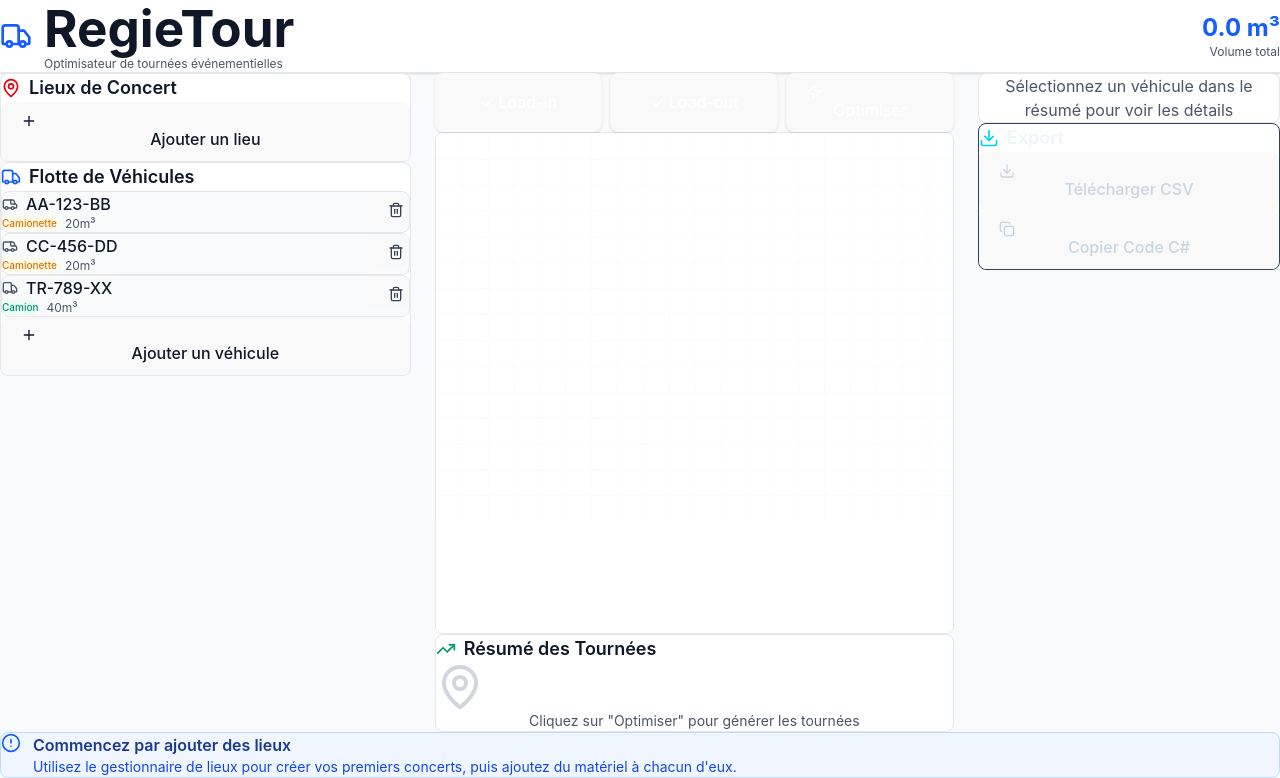
Repository: MaqlachMehdi/logipro
Page: /
An editor plug-in stored every save of this project. The page is shown before and after the next save, followed by the edit.
The browser window is 1280 px wide. The pictures show the whole page.
The project was rebuilt for these pictures with package versions that can differ from the ones it lists, and the page was loaded fresh each time. Also part of the build but not shown: vite.config.ts, src/components/ui/input.tsx, src/components/ui/label.tsx, src/components/VolumeEstimator.tsx, src/components/GearManager.tsx, src/components/ExportDatabase.tsx.

Above is the page before, as saved 2026-02-08 20:03:09.

### index.html
<!doctype html>
<html lang="en">
  <head>
    <meta charset="UTF-8" />
    <link rel="icon" type="image/svg+xml" href="/vite.svg" />
    <meta name="viewport" content="width=device-width, initial-scale=1.0" />
    <title>logipro</title>
  </head>
  <body>
    <div id="root"></div>
    <script type="module" src="/src/main.tsx"></script>
  </body>
</html>

### src/index.css
@import "tailwindcss";

* {
  margin: 0;
  padding: 0;
  box-sizing: border-box;
}

html {
  scroll-behavior: smooth;
}

body {
  background-color: #f8f9fa;
  color: #1a1a1a;
  font-family: -apple-system, BlinkMacSystemFont, 'Segoe UI', Roboto, 'Helvetica Neue', Arial, sans-serif;
  -webkit-font-smoothing: antialiased;
  -moz-osx-font-smoothing: grayscale;
}

/* Scrollbar styling */
::-webkit-scrollbar {
  width: 8px;
  height: 8px;
}

::-webkit-scrollbar-track {
  background: #f1f1f1;
}

::-webkit-scrollbar-thumb {
  background: #cbd5e1;
  border-radius: 4px;
}

::-webkit-scrollbar-thumb:hover {
  background: #94a3b8;
}
a:hover {
  color: #535bf2;
}

body {
  margin: 0;
  display: flex;
  place-items: center;
  min-width: 320px;
  min-height: 100vh;
}

h1 {
  font-size: 3.2em;
  line-height: 1.1;
}

button {
  border-radius: 8px;
  border: 1px solid transparent;
  padding: 0.6em 1.2em;
  font-size: 1em;
  font-weight: 500;
  font-family: inherit;
  background-color: #1a1a1a;
  cursor: pointer;
  transition: border-color 0.25s;
}
button:hover {
  border-color: #646cff;
}
button:focus,
button:focus-visible {
  outline: 4px auto -webkit-focus-ring-color;
}

@media (prefers-color-scheme: light) {
  :root {
    color: #213547;
    background-color: #ffffff;
  }
  a:hover {
    color: #747bff;
  }
  button {
    background-color: #f9f9f9;
  }
}

### src/components/index.tsx
export { FleetManager } from './FleetManager';
export { SpotManager } from './SpotManager';
export { VolumeEstimator } from './VolumeEstimator';
export { RouteSummary } from './RouteSummary';
export { MapPlanner } from './MapPlanner';
export { VehicleDetail } from './VehicleDetail';
export { ExportPanel } from './ExportPanel';
export { GearManager } from './GearManager';
export { ExportDatabase } from './ExportDatabase';

### src/utils/vrptw-solver.ts
import type { Vehicle, Spot, Route, Stop } from '../types';
import { GEAR_CATALOG } from './volume-data';


// Parse time string to minutes from midnight
function timeToMinutes(time: string | undefined): number {
  if (!time) return 0;
  const [hours, minutes] = time.split(':').map(Number);
  return hours * 60 + minutes;
}

// Format minutes back to time string
function minutesToTime(minutes: number): string {
  const hours = Math.floor(minutes / 60);
  const mins = minutes % 60;
  return `${hours.toString().padStart(2, '0')}:${mins.toString().padStart(2, '0')}`;
}

// Calculate distance using Haversine formula
function calculateDistance(lat1: number, lon1: number, lat2: number, lon2: number): number {
  const R = 6371; // Earth's radius in km
  const dLat = (lat2 - lat1) * Math.PI / 180;
  const dLon = (lon2 - lon1) * Math.PI / 180;
  const a =
    Math.sin(dLat/2) * Math.sin(dLat/2) +
    Math.cos(lat1 * Math.PI / 180) * Math.cos(lat2 * Math.PI / 180) *
    Math.sin(dLon/2) * Math.sin(dLon/2);
  const c = 2 * Math.atan2(Math.sqrt(a), Math.sqrt(1-a));
  return R * c;
}

interface UnassignedStop {
  spotId: string;
  spot: Spot;
  type: 'load-in' | 'load-out';
  earliest: number;
  latest: number;
  volume: number;
}

export function solveVRPTW(vehicles: Vehicle[], spots: Spot[], showLoadIn: boolean = true, showLoadOut: boolean = true): Route[] {
  const routes: Route[] = [];

  // Create unassigned stops from spots
  const unassignedStops: UnassignedStop[] = [];


  spots.forEach(spot => {
    // Calculate total volume for this spot from gear selections
    const spotVolume = spot.gearSelections.reduce((sum, sel) => {
      const gearItem = GEAR_CATALOG.find((g: any) => g.id === sel.gearId);
      return sum + (gearItem?.volume || 0) * sel.quantity;
    }, 0);

    // Load-in stop
    if (showLoadIn) {
      unassignedStops.push({
        spotId: spot.id,
        spot,
        type: 'load-in',
        earliest: timeToMinutes(spot.openingTime),
        latest: timeToMinutes(spot.concertTime),
        volume: spotVolume,
      });
    }

    // Load-out stop
    if (showLoadOut) {
      unassignedStops.push({
        spotId: spot.id,
        spot,
        type: 'load-out',
        earliest: timeToMinutes(spot.concertTime),
        latest: timeToMinutes(spot.closingTime),
        volume: spotVolume,
      });
    }
  });

  // Sort by earliest time (greedy approach)
  unassignedStops.sort((a, b) => a.earliest - b.earliest);

  // Assign stops to vehicles
  const availableVehicles = [...vehicles];
  const centerLat = 48.8566;
  const centerLon = 2.3522;

  while (unassignedStops.length > 0 && availableVehicles.length > 0) {
    const vehicle = availableVehicles.shift();
    if (!vehicle) break;

    const stops: Stop[] = [];
    let currentVolume = 0;
    let currentTime = 8 * 60; // Start at 8:00 AM
    let totalDistance = 0;

    let lastLat = centerLat;
    let lastLon = centerLon;

    // Try to assign stops to this vehicle
    for (let i = unassignedStops.length - 1; i >= 0; i--) {
      const stop = unassignedStops[i];

      // Check capacity
      if (currentVolume + stop.volume > vehicle.capacity) {
        continue;
      }

      // Calculate travel time (assume 30km/h average speed in city)
      const distance = calculateDistance(lastLat, lastLon, stop.spot.lat, stop.spot.lon);
      const travelTime = (distance / 30) * 60; // minutes
      const arrivalTime = currentTime + travelTime;

      // Check time window
      if (arrivalTime > stop.latest) {
        continue;
      }

      // Assign stop
      const serviceTime = 30; // 30 minutes for loading/unloading
      stops.push({
        venueId: stop.spotId,
        type: stop.type,
        time: minutesToTime(Math.max(arrivalTime, stop.earliest)),
        volume: stop.volume,
      });

      currentVolume += stop.volume;
      currentTime = Math.max(arrivalTime, stop.earliest) + serviceTime;
      totalDistance += distance;
      lastLat = stop.spot.lat;
      lastLon = stop.spot.lon;

      // Remove from unassigned
      unassignedStops.splice(i, 1);
    }

    // Return to depot
    const returnDistance = calculateDistance(lastLat, lastLon, centerLat, centerLon);
    totalDistance += returnDistance;

    if (stops.length > 0) {
      routes.push({
        vehicleId: vehicle.id,
        stops,
        totalDistance: Math.round(totalDistance * 10) / 10,
        totalVolume: Math.round(currentVolume * 10) / 10,
        utilization: Math.round((currentVolume / vehicle.capacity) * 100),
      });
    }
  }

  return routes;
}

### src/components/ui/index.tsx
export { Button } from './button';
export { Input } from './input';
export { Label } from './label';
export { Card, CardContent, CardHeader, CardTitle, CardDescription } from './card';

### src/utils/volume-data.ts
export const GEAR_CATALOG = [
  // Batterie & Percussion
  { id: 'drum-kit', name: 'Drum Kit Complete', category: 'Percussion', volume: 1.2 },
  { id: 'snare', name: 'Caisse Claire', category: 'Percussion', volume: 0.15 },
  { id: 'cymbals', name: 'Cymbales Pack', category: 'Percussion', volume: 0.3 },
  { id: 'percussion-extra', name: 'Percussion Extra', category: 'Percussion', volume: 0.5 },

  // Guitares & Basses
  { id: 'electric-guitar', name: 'Guitare Électrique', category: 'Guitares', volume: 0.1 },
  { id: 'bass-guitar', name: 'Basse', category: 'Guitares', volume: 0.12 },
  { id: 'acoustic-guitar', name: 'Guitare Acoustique', category: 'Guitares', volume: 0.15 },
  { id: 'guitar-amp', name: 'Ampli Guitare', category: 'Guitares', volume: 0.3 },
  { id: 'bass-amp', name: 'Ampli Basse', category: 'Guitares', volume: 0.4 },
  { id: 'pedalboard', name: 'Pedalboard', category: 'Guitares', volume: 0.08 },

  // Claviers
  { id: 'piano', name: 'Piano', category: 'Claviers', volume: 2.5 },
  { id: 'synth', name: 'Synthétiseur', category: 'Claviers', volume: 0.25 },
  { id: 'keyboard-stand', name: 'Stand Clavier', category: 'Claviers', volume: 0.15 },
  { id: 'organ', name: 'Orgue', category: 'Claviers', volume: 1.8 },

  // Sonorisation
  { id: 'pa-speaker', name: 'Enceinte PA', category: 'Sonorisation', volume: 0.4 },
  { id: 'subwoofer', name: 'Caisson de Bas', category: 'Sonorisation', volume: 0.6 },
  { id: 'mixing-console', name: 'Table de Mixage', category: 'Sonorisation', volume: 0.5 },
  { id: 'microphones', name: 'Pack Micros', category: 'Sonorisation', volume: 0.2 },
  { id: 'monitor', name: 'Moniteur Scène', category: 'Sonorisation', volume: 0.15 },

  // Éclairage
  { id: 'moving-head', name: 'Moving Head', category: 'Éclairage', volume: 0.3 },
  { id: 'led-bar', name: 'Barre LED', category: 'Éclairage', volume: 0.4 },
  { id: 'dimmer-rack', name: 'Gradateur', category: 'Éclairage', volume: 0.5 },
  { id: 'truss', name: 'Truss Section', category: 'Éclairage', volume: 0.8 },

  // Scène & Accessoires
  { id: 'flight-case', name: 'Flight Case', category: 'Accessoires', volume: 0.2 },
  { id: 'cable-box', name: 'Câbles Box', category: 'Accessoires', volume: 0.15 },
  { id: 'stand-rack', name: 'Stand Rack', category: 'Accessoires', volume: 0.25 },
  { id: 'backline-riser', name: 'Riser Backline', category: 'Accessoires', volume: 0.6 },
];

### src/components/RouteSummary.tsx
import type { Route, Vehicle } from '../types';
import { Card, CardContent, CardHeader, CardTitle } from './ui';
import { Truck, MapPin, Package, TrendingUp } from 'lucide-react';

interface RouteSummaryProps {
  routes: Route[];
  vehicles: Vehicle[];
  selectedVehicleId: string | null;
  onSelectVehicle: (id: string | null) => void;
}

export function RouteSummary({
  routes,
  vehicles,
  selectedVehicleId,
  onSelectVehicle
}: RouteSummaryProps) {
  const getColorHex = (color: string) => {
    const colorMap: Record<string, string> = {
      'indigo-500': '#6366f1',
      'emerald-500': '#10b981',
      'amber-500': '#f59e0b',
      'rose-500': '#f43f5e',
      'cyan-500': '#06b6d4',
      'violet-500': '#8b5cf6',
      'orange-500': '#f97316',
      'teal-500': '#14b8a6',
    };
    return colorMap[color] || '#64748b';
  };

  const totalDistance = routes.reduce((sum, r) => sum + r.totalDistance, 0);
  const totalVolume = routes.reduce((sum, r) => sum + r.totalVolume, 0);
  const avgUtilization = routes.length > 0
    ? Math.round(routes.reduce((sum, r) => sum + r.utilization, 0) / routes.length)
    : 0;

  return (
    <Card className="bg-white border-gray-200">
      <CardHeader>
        <CardTitle className="text-gray-900 flex items-center gap-2">
          <TrendingUp className="w-5 h-5 text-emerald-600" />
          Résumé des Tournées
        </CardTitle>
      </CardHeader>
      <CardContent className="space-y-4">
        {routes.length === 0 ? (
          <div className="text-center py-8">
            <MapPin className="w-12 h-12 text-gray-300 mx-auto mb-3" />
            <p className="text-gray-600 text-sm">
              Cliquez sur "Optimiser" pour générer les tournées
            </p>
          </div>
        ) : (
          <>
            <div className="grid grid-cols-3 gap-2">
              <div className="bg-gray-50 rounded-lg p-3 text-center">
                <div className="text-2xl font-bold text-blue-600">{routes.length}</div>
                <div className="text-xs text-gray-600">Véhicules</div>
              </div>
              <div className="bg-gray-50 rounded-lg p-3 text-center">
                <div className="text-2xl font-bold text-emerald-600">{totalDistance.toFixed(0)}</div>
                <div className="text-xs text-gray-600">km Total</div>
              </div>
              <div className="bg-gray-50 rounded-lg p-3 text-center">
                <div className="text-2xl font-bold text-amber-600">{avgUtilization}%</div>
                <div className="text-xs text-gray-600">Utilisation</div>
              </div>
            </div>

            <div className="space-y-2">
              <div className="text-xs font-semibold text-gray-700 uppercase tracking-wider">
                Détails par véhicule
              </div>
              {routes.map((route) => {
                const vehicle = vehicles.find(v => v.id === route.vehicleId);
                if (!vehicle) return null;

                return (
                  <div
                    key={route.vehicleId}
                    className={`p-3 rounded-lg border cursor-pointer transition-all ${
                      selectedVehicleId === route.vehicleId
                        ? 'bg-blue-50 border-blue-500'
                        : 'bg-gray-50 border-gray-200 hover:border-gray-300'
                    }`}
                    onClick={() => onSelectVehicle(
                      selectedVehicleId === route.vehicleId ? null : route.vehicleId
                    )}
                  >
                    <div className="flex items-center justify-between mb-2">
                      <div className="flex items-center gap-2">
                        <div
                          className="w-3 h-3 rounded-full"
                          style={{ backgroundColor: getColorHex(vehicle.color) }}
                        />
                        <span className="font-medium text-gray-900 text-sm">
                          {vehicle.name}
                        </span>
                      </div>
                      <span className="text-xs text-gray-600">
                        {route.stops.length} arrêts
                      </span>
                    </div>
                    <div className="flex items-center gap-4 text-xs">
                      <span className="text-gray-700">
                        <Package className="w-3 h-3 inline mr-1" />
                        {route.totalVolume}m³ / {vehicle.capacity}m³
                      </span>
                      <span className="text-gray-700">
                        <Truck className="w-3 h-3 inline mr-1" />
                        {route.totalDistance}km
                      </span>
                    </div>
                    <div className="mt-2 h-1.5 bg-gray-200 rounded-full overflow-hidden">
                      <div
                        className="h-full rounded-full transition-all"
                        style={{
                          width: `${route.utilization}%`,
                          backgroundColor: getColorHex(vehicle.color)
                        }}
                      />
                    </div>
                  </div>
                );
              })}
            </div>
          </>
        )}
      </CardContent>
    </Card>
  );
}

### src/components/ExportPanel.tsx
import { Card, CardContent, CardHeader, CardTitle } from './ui';
import { Button } from './ui/button';
import type { Route, Vehicle, Spot } from '../types';
import { Download, Copy } from 'lucide-react';

interface ExportPanelProps {
  routes: Route[];
  vehicles: Vehicle[];
  spots: Spot[];
}

export function ExportPanel({ routes, vehicles, spots }: ExportPanelProps) {
  const generateCSV = () => {
    let csv = 'Vehicle ID,Vehicle Name,Stop Type,Venue,Address,Time,Volume,Order\n';

    routes.forEach(route => {
      const vehicle = vehicles.find(v => v.id === route.vehicleId);
      if (!vehicle) return;

      route.stops.forEach((stop, index) => {
        const spot = spots.find(v => v.id === stop.venueId);
        csv += `${vehicle.id},${vehicle.name},${stop.type},"${spot?.name || 'Unknown'}","${spot?.address || 'Unknown'}",${stop.time},${stop.volume},${index + 1}\n`;
      });
    });

    return csv;
  };

  const downloadCSV = () => {
    const csv = generateCSV();
    const blob = new Blob([csv], { type: 'text/csv' });
    const url = URL.createObjectURL(blob);
    const a = document.createElement('a');
    a.href = url;
    a.download = `regietour-routes-${new Date().toISOString().split('T')[0]}.csv`;
    a.click();
    URL.revokeObjectURL(url);
  };

  const generateCSharpCode = () => {
    let code = `using System.Collections.Generic;\n\nnamespace RegieTour.Models\n{\n    public class RoutePlan\n    {\n        public string VehicleId { get; set; }\n        public string VehicleName { get; set; }\n        public List<Stop> Stops { get; set; }\n    }\n\n    public class Stop\n    {\n        public string VenueId { get; set; }\n        public string VenueName { get; set; }\n        public string StopType { get; set; }\n        public string Time { get; set; }\n        public double Volume { get; set; }\n    }\n\n    public class RouteCollection\n    {\n        public List<RoutePlan> Routes { get; set; } = new List<RoutePlan>();\n`;

    routes.forEach(route => {
      const vehicle = vehicles.find(v => v.id === route.vehicleId);
      if (!vehicle) return;

      code += `        public RoutePlan Route_${vehicle.id.replace('-', '_')} { get; set; } = new RoutePlan\n`;
      code += `        {\n`;
      code += `            VehicleId = "${vehicle.id}",\n`;
      code += `            VehicleName = "${vehicle.name}",\n`;
      code += `            Stops = new List<Stop>\n`;
      code += `            {\n`;

      route.stops.forEach(stop => {
        const spot = spots.find(v => v.id === stop.venueId);
        code += `                new Stop { VenueId = "${stop.venueId}", VenueName = "${spot?.name || ''}", StopType = "${stop.type}", Time = "${stop.time}", Volume = ${stop.volume} },\n`;
      });

      code += `            }\n`;
      code += `        };\n`;
    });

    code += `    }\n}`;
    return code;
  };

  const copyCSharpCode = () => {
    const code = generateCSharpCode();
    navigator.clipboard.writeText(code);
  };

  return (
    <Card className="bg-slate-800 border-slate-700">
      <CardHeader>
        <CardTitle className="text-slate-100 flex items-center gap-2">
          <Download className="w-5 h-5 text-cyan-400" />
          Export
        </CardTitle>
      </CardHeader>
      <CardContent className="space-y-3">
        <Button
          variant="outline"
          size="sm"
          className="w-full border-slate-600 text-slate-300 hover:bg-slate-700 justify-start"
          onClick={downloadCSV}
        >
          <Download className="w-4 h-4 mr-2" />
          Télécharger CSV
        </Button>
        <Button
          variant="outline"
          size="sm"
          className="w-full border-slate-600 text-slate-300 hover:bg-slate-700 justify-start"
          onClick={copyCSharpCode}
        >
          <Copy className="w-4 h-4 mr-2" />
          Copier Code C#
        </Button>
      </CardContent>
    </Card>
  );
}

### src/components/ui/button.tsx
import React from 'react';

type ButtonVariant = 'default' | 'outline' | 'ghost';
type ButtonSize = 'default' | 'sm' | 'lg';

interface ButtonProps extends React.ButtonHTMLAttributes<HTMLButtonElement> {
  variant?: ButtonVariant;
  size?: ButtonSize;
  children: React.ReactNode;
}

const variantStyles: Record<ButtonVariant, string> = {
  default: 'bg-blue-600 hover:bg-blue-700 text-white shadow-sm',
  outline: 'border border-gray-300 bg-white text-gray-900 hover:bg-gray-50',
  ghost: 'bg-transparent text-gray-700 hover:bg-gray-100',
};

const sizeStyles: Record<ButtonSize, string> = {
  default: 'px-4 py-2 text-sm',
  sm: 'px-3 py-1.5 text-xs',
  lg: 'px-6 py-3 text-base',
};

export function Button({
  variant = 'default',
  size = 'default',
  className = '',
  children,
  ...props
}: ButtonProps) {
  return (
    <button
      className={`rounded-lg font-medium transition-colors ${variantStyles[variant]} ${sizeStyles[size]} ${className}`}
      {...props}
    >
      {children}
    </button>
  );
}

### src/components/ui/card.tsx
import React from 'react';

export function Card({ children, className = '' }: { children: React.ReactNode; className?: string }) {
  return (
    <div className={`rounded-lg border border-gray-200 bg-white ${className}`}>
      {children}
    </div>
  );
}

export function CardContent({ children, className = '' }: { children: React.ReactNode; className?: string }) {
  return (
    <div className={`p-4 ${className}`}>
      {children}
    </div>
  );
}

export function CardHeader({ children, className = '' }: { children: React.ReactNode; className?: string }) {
  return (
    <div className={`px-4 pt-4 ${className}`}>
      {children}
    </div>
  );
}

export function CardTitle({ children, className = '' }: { children: React.ReactNode; className?: string }) {
  return (
    <h2 className={`text-lg font-semibold text-gray-900 ${className}`}>
      {children}
    </h2>
  );
}

export function CardDescription({ children, className = '' }: { children: React.ReactNode; className?: string }) {
  return (
    <p className={`text-sm text-gray-600 ${className}`}>
      {children}
    </p>
  );
}

Loaded but not shown: src/main.tsx (common file); src/App.tsx (272 lines, source omitted); src/components/FleetManager.tsx (201 lines, source omitted); src/components/SpotManager.tsx (195 lines, source omitted); src/components/MapPlanner.tsx (207 lines, source omitted); src/components/VehicleDetail.tsx (161 lines, source omitted)

After the next save:
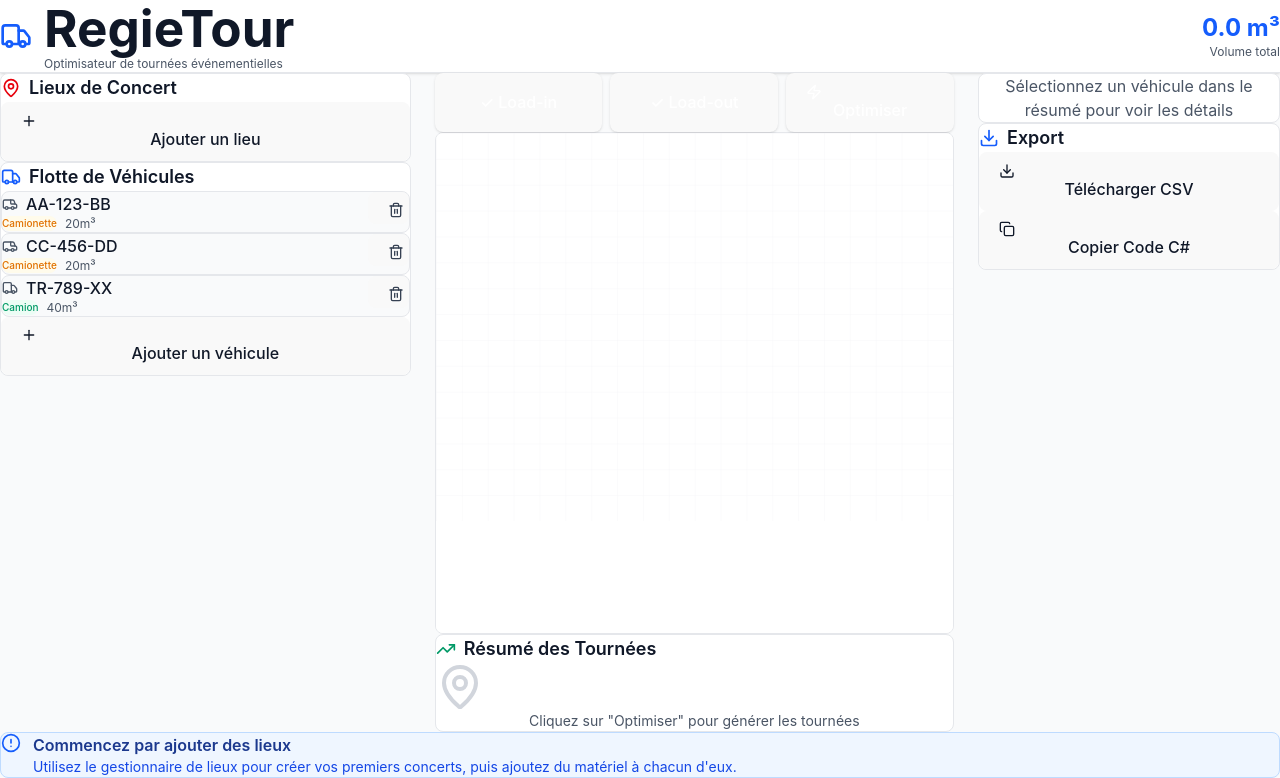
Saved 8 s later.
--- a/src/components/ExportPanel.tsx
+++ b/src/components/ExportPanel.tsx
@@ -70,10 +70,10 @@ export function ExportPanel({ routes, vehicles, spots }: ExportPanelProps) {
   };
 
   return (
-    <Card className="bg-slate-800 border-slate-700">
+    <Card className="bg-white border-gray-200">
       <CardHeader>
-        <CardTitle className="text-slate-100 flex items-center gap-2">
-          <Download className="w-5 h-5 text-cyan-400" />
+        <CardTitle className="text-gray-900 flex items-center gap-2">
+          <Download className="w-5 h-5 text-blue-600" />
           Export
         </CardTitle>
       </CardHeader>
@@ -81,7 +81,7 @@ export function ExportPanel({ routes, vehicles, spots }: ExportPanelProps) {
         <Button
           variant="outline"
           size="sm"
-          className="w-full border-slate-600 text-slate-300 hover:bg-slate-700 justify-start"
+          className="w-full border-gray-300 text-gray-900 hover:bg-gray-100 justify-start"
           onClick={downloadCSV}
         >
           <Download className="w-4 h-4 mr-2" />
@@ -90,7 +90,7 @@ export function ExportPanel({ routes, vehicles, spots }: ExportPanelProps) {
         <Button
           variant="outline"
           size="sm"
-          className="w-full border-slate-600 text-slate-300 hover:bg-slate-700 justify-start"
+          className="w-full border-gray-300 text-gray-900 hover:bg-gray-100 justify-start"
           onClick={copyCSharpCode}
         >
           <Copy className="w-4 h-4 mr-2" />
